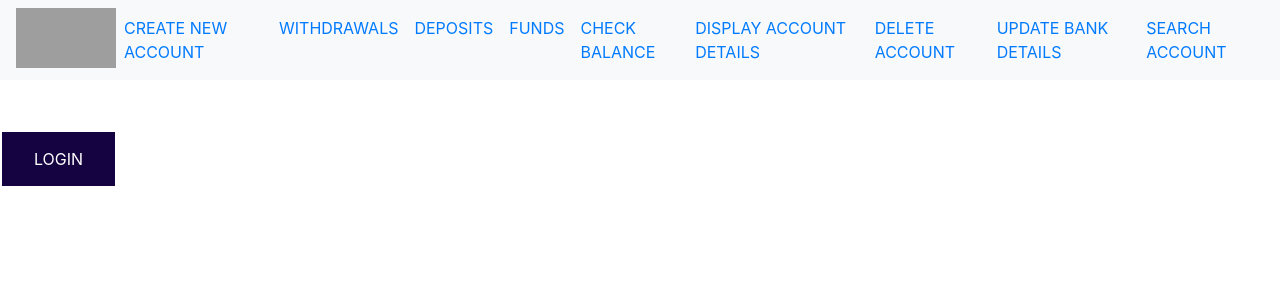
Repository: tumsare400/Adv-Java-Workspace
Page: http://localhost/bank-mvc/WEB-INF/pages/index.jsp
The author's editor kept a copy of each file at every save. The page is drawn from the files as they stood at one save, then again after the next save.
The browser window is 1280 px wide. The pictures show the whole page.
Pictures or frames that could not be fetched are drawn as grey boxes. The page is served by Tomcat 9. Nobody is signed in. The template is opened directly, without the code that normally fills it, so the values that code supplies are empty.

Above is the page before, as saved 2019-04-16 03:44:29.

After the next save:
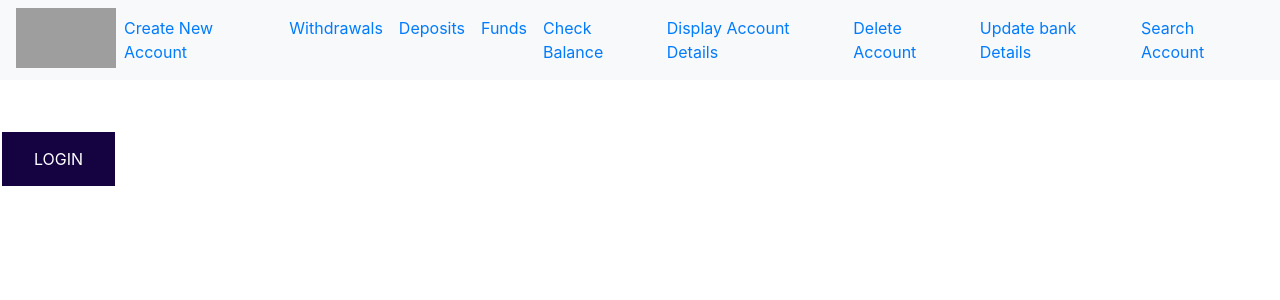
Saved 2 min 45 s later.
--- a/SpringMVC/bank-mvc/WebContent/WEB-INF/pages/index.jsp
+++ b/SpringMVC/bank-mvc/WebContent/WEB-INF/pages/index.jsp
@@ -35,24 +35,15 @@
 		<ul class="navbar-nav">
 			<li class="nav-item"><img src="images/logo.jpg" width="100"
 				height="60"></li>
-			<li class="nav-item"><a class="nav-link" href="/bank-mvc/app/bank/new_account">CREATE
-					NEW ACCOUNT</a></li>
-			<li class="nav-item"><a class="nav-link" href="/bank-mvc/app/bank/withdrawPage">WITHDRAWALS</a>
-			</li>
-			<li class="nav-item"><a class="nav-link" href="/bank-mvc/app/bank/depositPage">DEPOSITS</a>
-			</li>
-			<li class="nav-item"><a class="nav-link" href="/bank-mvc/app/bank/fundsPage">FUNDS</a>
-			</li>
-			<li class="nav-item"><a class="nav-link" href="/bank-mvc/app/bank/cbPage">CHECK
-					BALANCE</a></li>
-			<li class="nav-item"><a class="nav-link" href="/bank-mvc/app/bank/dadPage">DISPLAY
-					ACCOUNT DETAILS</a></li>
-			<li class="nav-item"><a class="nav-link" href="/bank-mvc/app/bank/deletePage">DELETE
-					ACCOUNT</a></li>
-			<li class="nav-item"><a class="nav-link" href="/bank-mvc/app/bank/updatePage">UPDATE
-					BANK DETAILS</a></li>
-			<li class="nav-item"><a class="nav-link" href="/bank-mvc/app/bank/searchAccountPage">SEARCH
-					ACCOUNT </a></li>
+			<li class="nav-item"><a class="nav-link" href="/bank-mvc/app/bank/new_account">Create New Account</a></li>
+			<li class="nav-item"><a class="nav-link" href="/bank-mvc/app/bank/withdrawPage">Withdrawals</a></li>
+			<li class="nav-item"><a class="nav-link" href="/bank-mvc/app/bank/depositPage">Deposits</a></li>
+			<li class="nav-item"><a class="nav-link" href="/bank-mvc/app/bank/fundsPage">Funds</a></li>
+			<li class="nav-item"><a class="nav-link" href="/bank-mvc/app/bank/cbPage">Check Balance</a></li>
+			<li class="nav-item"><a class="nav-link" href="/bank-mvc/app/bank/dadPage">Display Account Details</a></li>
+			<li class="nav-item"><a class="nav-link" href="/bank-mvc/app/bank/deletePage">Delete Account</a></li>
+			<li class="nav-item"><a class="nav-link" href="/bank-mvc/app/bank/updatePage">Update bank Details</a></li>
+			<li class="nav-item"><a class="nav-link" href="/bank-mvc/app/bank/searchAccountPage">Search Account</a></li>
 		</ul>
 
 	</nav>
